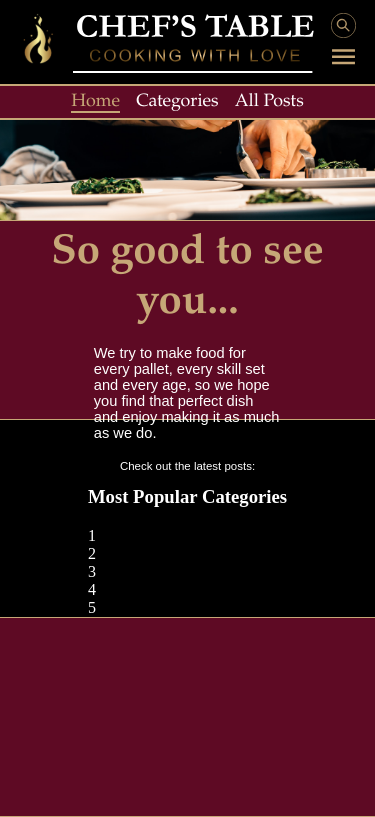
Repository: Noroff-FEU-Assignments/project-exam-1-runeunhjem
Page: index.html
The author's editor kept a copy of each file at every save. The page is drawn from the files as they stood at one save, then again after the next save.
The browser window is 375 px wide. The pictures show the whole page.
The page's requests for data from a server got no answer.

Above is the page before, as saved 2023-05-01 14:15:11.

After the next save:
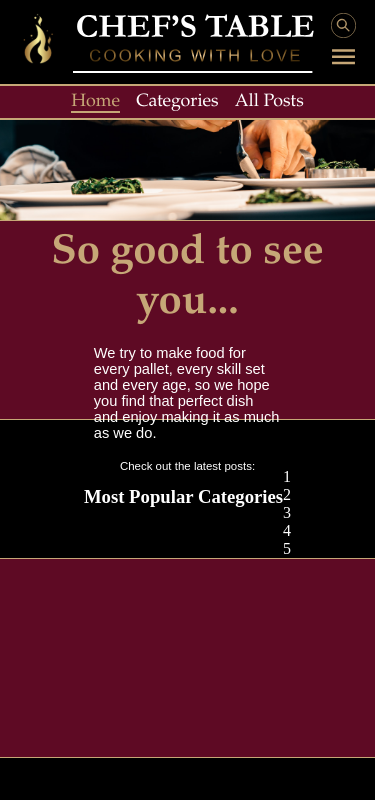
Saved 3 s later.
--- a/css/styles.css
+++ b/css/styles.css
@@ -270,6 +270,10 @@ main {
   margin: 0;
 }
 
+.categories {
+  display: flex;
+}
+
 footer {
   display: flex;
   justify-content: space-around;
@@ -302,4 +306,4 @@ footer {
     background-image: url(../images/hero-image.png);
     height: 100px;
   }
-}/*# sourceMappingURL=styles_20230501141511.css.map */
+}/*# sourceMappingURL=styles_20230501141514.css.map */
